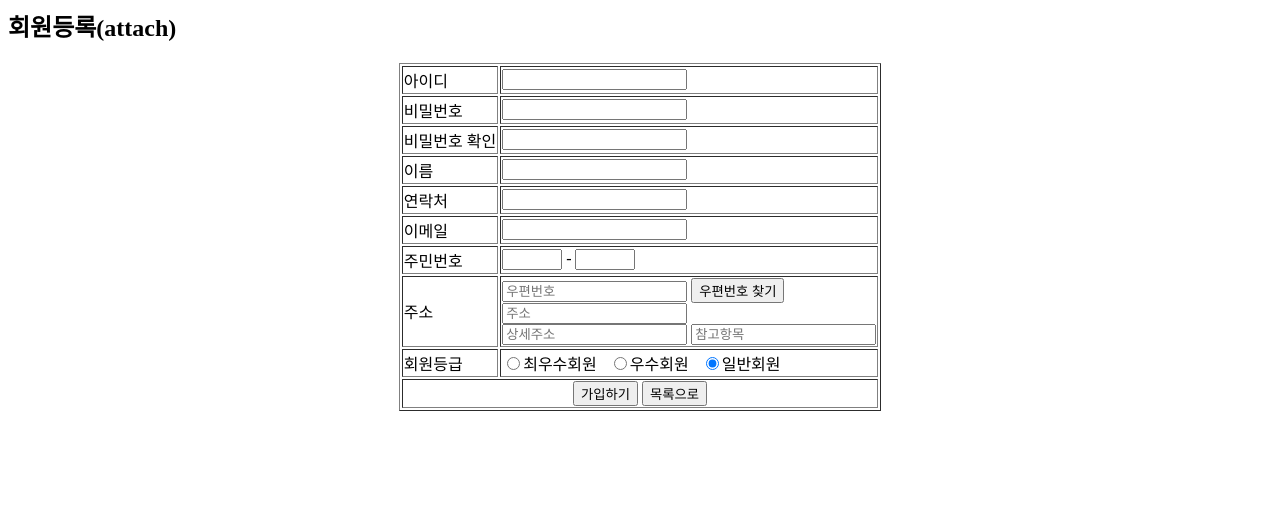
Repository: Mildous/HKIT-BackendClass
Page: http://localhost/jspPortfolioModel1/member/attachInsert.jsp
The author's editor kept a copy of each file at every save. The page is drawn from the files as they stood at one save, then again after the next save.
The browser window is 1280 px wide. The pictures show the whole page.
The page is served by Tomcat 9. Other server files are loaded and not shown.

Above is the page before, as saved 2022-08-18 07:14:52.

### workspace/jsp/jspPortfolioModel1/WebContent/member/attachInsert.jsp
<%@ page language="java" contentType="text/html; charset=UTF-8"
    pageEncoding="UTF-8"%>

<h2>회원등록(attach)</h2>
<form name="insertForm">
<table border="1" align="center">
	<tr>
		<td>아이디</td>
		<td><input type="text" name="id"></td>
	</tr>
	<tr>
		<td>비밀번호</td>
		<td><input type="password" name="passwd"></td>
	</tr>
	<tr>
		<td>비밀번호 확인</td>
		<td><input type="password" name="passwdChk"></td>
	</tr>
	<tr>
		<td>이름</td>
		<td><input type="text" name="name"></td>
	</tr>
	<tr>
		<td>연락처</td>
		<td><input type="text" name="phone"></td>
	</tr>
	<tr>
		<td>이메일</td>
		<td><input type="text" name="email"></td>
	</tr>
	<tr>
		<td>주민번호</td>
		<td>
			<input type="text" name="jumin1" style="width: 60px;">
			-
			<input type="text" name="jumin2" style="width: 60px;">
		</td>
	</tr>
	<tr>
		<td>주소</td>
		<td>
			<input type="text" id="sample6_postcode" placeholder="우편번호" name="juso1" readonly>
			<input type="button" onclick="sample6_execDaumPostcode()" value="우편번호 찾기"><br>
			<input type="text" id="sample6_address" placeholder="주소" name="juso2" readonly><br>
			<input type="text" id="sample6_detailAddress" placeholder="상세주소" name="juso3">
			<input type="text" id="sample6_extraAddress" placeholder="참고항목" name="juso4" readonly>
		</td>
	</tr>
	<tr>
		<td>회원등급</td>
		<td>
			<input type="radio" name="grade" value="최우수회원">최우수회원 &nbsp;
			<input type="radio" name="grade" value="우수회원">우수회원 &nbsp;
			<input type="radio" name="grade" value="일반회원" checked>일반회원 &nbsp;
		</td>
	</tr>
	<tr>
		<td colspan="2" align="center">
			<button type="button" onClick="join();">가입하기</button>
			<button type="button" onClick="location.href='main.jsp?menuGubun=member_list';">목록으로</button>
		</td>
	</tr>
</table>
</form>

<script>
function join() {
	if(confirm('등록할까요?')) {
		document.insertForm.action = "mainProc.jsp?menuGubun=member_insertProc";
		document.insertForm.method = "post";
		document.insertForm.submit();
	}
}
</script>

<%@ include file="_inc_daumApi.jsp" %>

### workspace/jsp/jspPortfolioModel1/WebContent/member/_inc_daumApi.jsp
<%@ page language="java" contentType="text/html; charset=UTF-8"
    pageEncoding="UTF-8"%>

<script src="//t1.daumcdn.net/mapjsapi/bundle/postcode/prod/postcode.v2.js"></script>
<script>
    function sample6_execDaumPostcode() {
        new daum.Postcode({
            oncomplete: function(data) {
                // 팝업에서 검색결과 항목을 클릭했을때 실행할 코드를 작성하는 부분.

                // 각 주소의 노출 규칙에 따라 주소를 조합한다.
                // 내려오는 변수가 값이 없는 경우엔 공백('')값을 가지므로, 이를 참고하여 분기 한다.
                var addr = ''; // 주소 변수
                var extraAddr = ''; // 참고항목 변수

                //사용자가 선택한 주소 타입에 따라 해당 주소 값을 가져온다.
                if (data.userSelectedType === 'R') { // 사용자가 도로명 주소를 선택했을 경우
                    addr = data.roadAddress;
                } else { // 사용자가 지번 주소를 선택했을 경우(J)
                    addr = data.jibunAddress;
                }

                // 사용자가 선택한 주소가 도로명 타입일때 참고항목을 조합한다.
                if(data.userSelectedType === 'R'){
                    // 법정동명이 있을 경우 추가한다. (법정리는 제외)
                    // 법정동의 경우 마지막 문자가 "동/로/가"로 끝난다.
                    if(data.bname !== '' && /[동|로|가]$/g.test(data.bname)){
                        extraAddr += data.bname;
                    }
                    // 건물명이 있고, 공동주택일 경우 추가한다.
                    if(data.buildingName !== '' && data.apartment === 'Y'){
                        extraAddr += (extraAddr !== '' ? ', ' + data.buildingName : data.buildingName);
                    }
                    // 표시할 참고항목이 있을 경우, 괄호까지 추가한 최종 문자열을 만든다.
                    if(extraAddr !== ''){
                        extraAddr = ' (' + extraAddr + ')';
                    }
                    // 조합된 참고항목을 해당 필드에 넣는다.
                    document.getElementById("sample6_extraAddress").value = extraAddr;

                } else {
                    document.getElementById("sample6_extraAddress").value = '';
                }

                // 우편번호와 주소 정보를 해당 필드에 넣는다.
                document.getElementById('sample6_postcode').value = data.zonecode;
                document.getElementById("sample6_address").value = addr;
                // 커서를 상세주소 필드로 이동한다.
                document.getElementById("sample6_detailAddress").focus();
            }
        }).open();
    }
</script>

After the next save:
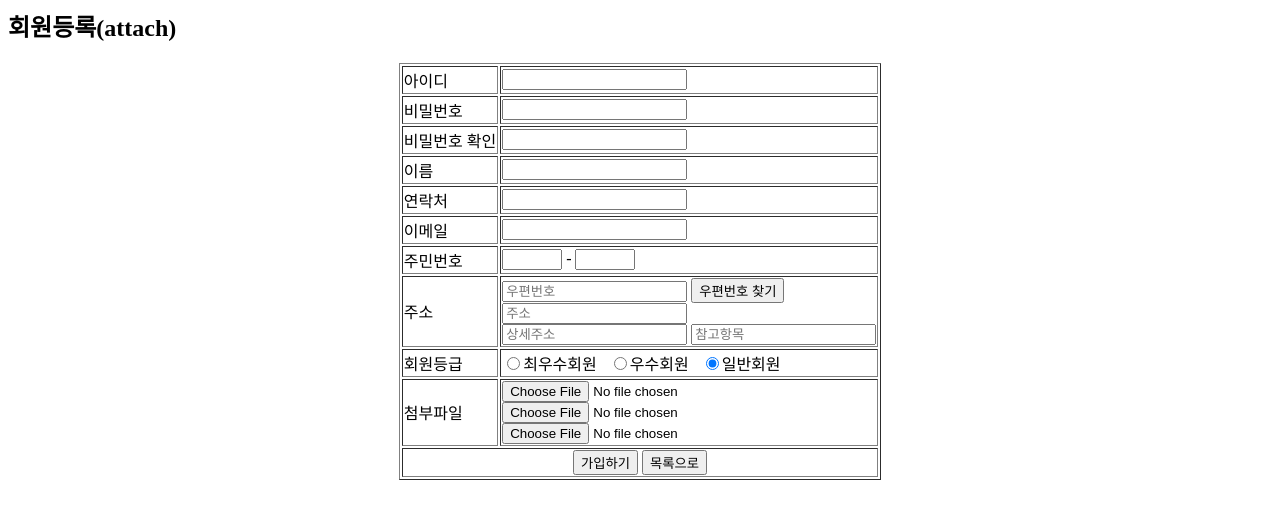
Saved 80 s later.
--- a/workspace/jsp/jspPortfolioModel1/WebContent/member/attachInsert.jsp
+++ b/workspace/jsp/jspPortfolioModel1/WebContent/member/attachInsert.jsp
@@ -55,6 +55,14 @@
 		</td>
 	</tr>
 	<tr>
+		<td>첨부파일</td>
+		<td>
+			<input type="file" name="file1"><br>
+			<input type="file" name="file2"><br>
+			<input type="file" name="file3"><br>
+		</td>
+	</tr>
+	<tr>
 		<td colspan="2" align="center">
 			<button type="button" onClick="join();">가입하기</button>
 			<button type="button" onClick="location.href='main.jsp?menuGubun=member_list';">목록으로</button>
